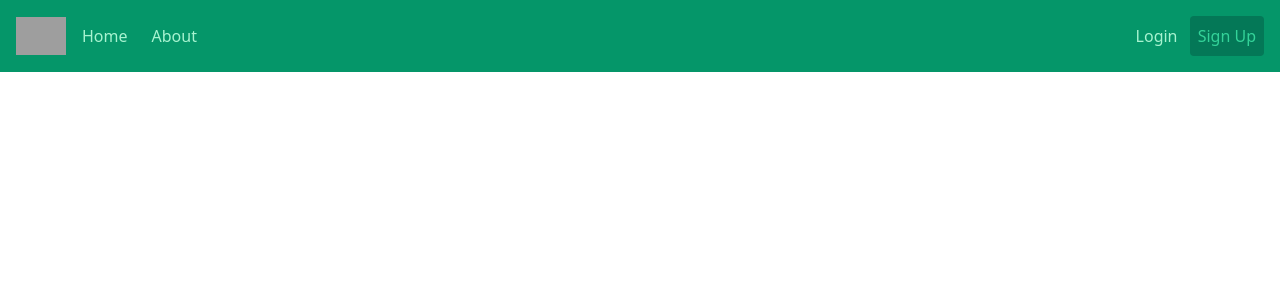
Repository: DaNiels89/tailwind-stawberries
Page: index.html
The author's editor kept a copy of each file at every save. The page is drawn from the files as they stood at one save, then again after the next save.
The browser window is 1280 px wide. The pictures show the whole page.
Pictures or frames that could not be fetched are drawn as grey boxes.

Above is the page before, as saved 2020-08-24 13:28:10.

### index.html
<!DOCTYPE html>
<html lang="en">
  <head>
    <meta charset="UTF-8" />
    <meta name="viewport" content="width=device-width, initial-scale=1.0" />
    <title>Website with Tailwind</title>
    <link
      href="https://unpkg.com/tailwindcss@^1.0/dist/tailwind.min.css"
      rel="stylesheet"
    />
  </head>
  <body>
    <header class="bg-green-600 p-4">
      <nav class="flex justify-between items-center">
        <div class="flex items-center">
          <img
            src="img/strawberry.png"
            alt="Mountain logo"
            class="mr-2"
            width="50"
          />
          <a
            href="#"
            class="inline-block p-2 text-green-200 hover:text-green-100 mr-2"
            >Home</a
          >
          <a
            href="#"
            class="inline-block p-2 text-green-200 hover:text-green-100"
            >About</a
          >
        </div>
        <div class="">
          <a href="#" class="inline-block p-2 text-green-200">Login</a>
          <a
            href="#"
            class="inline-block p-2 text-green-400 bg-green-700 rounded hover:text-green-600 hover:bg-green-900"
            >Sign Up</a
          >
        </div>
      </nav>
    </header>
    <main class=""></main>
    <footer class=""></footer>
  </body>
</html>

After the next save:
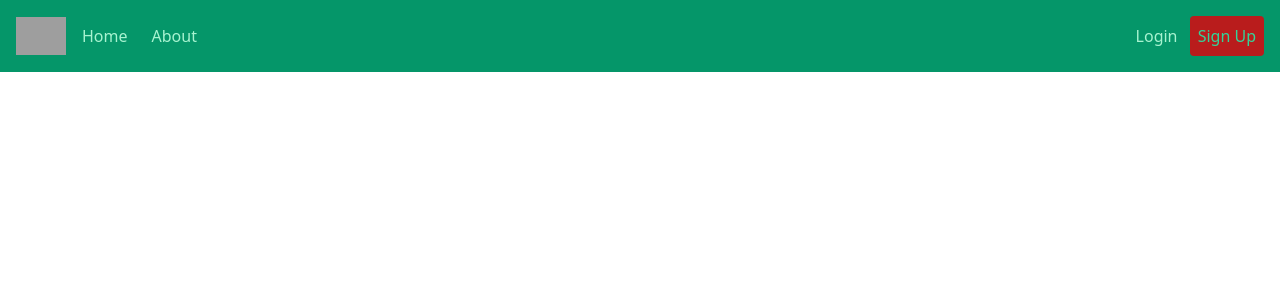
Saved 57 s later.
--- a/index.html
+++ b/index.html
@@ -34,7 +34,7 @@
           <a href="#" class="inline-block p-2 text-green-200">Login</a>
           <a
             href="#"
-            class="inline-block p-2 text-green-400 bg-green-700 rounded hover:text-green-600 hover:bg-green-900"
+            class="inline-block p-2 text-green-400 bg-red-700 rounded hover:text-green-600 hover:bg-green-900"
             >Sign Up</a
           >
         </div>
